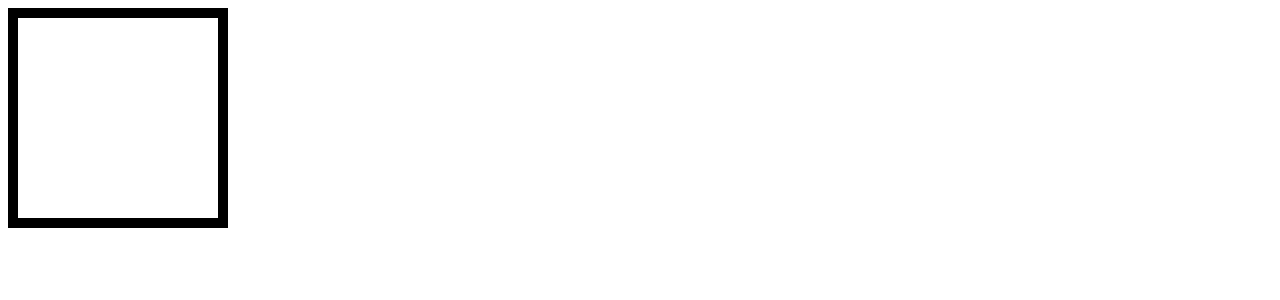
Repository: jsj961/bulletin-board-system
Page: http://localhost/BBS/madeby.jsp
An editor plug-in stored every save of this project. The page is shown before and after the next save, followed by the edit.
The browser window is 1280 px wide. The pictures show the whole page.
Some web fonts or font styles are not loaded; a fallback is used. The page is served by Tomcat 9.

Above is the page before, as saved 2021-07-03 07:33:54.

After the next save:
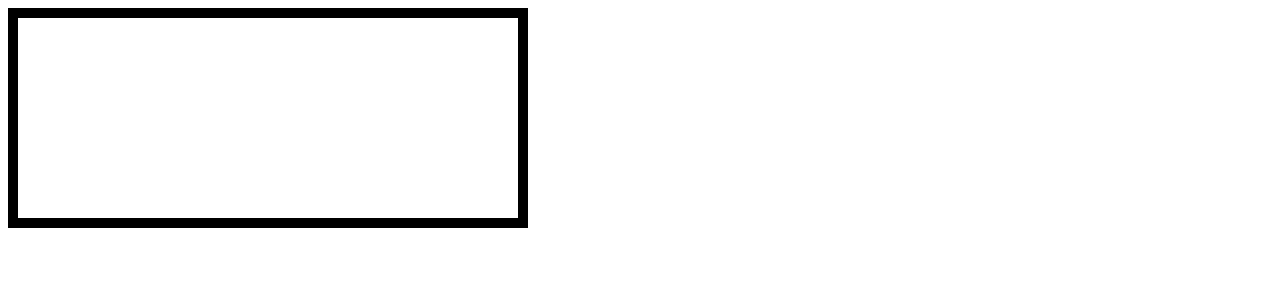
Saved 9 s later.
--- a/BBS/src/main/webapp/madeby.jsp
+++ b/BBS/src/main/webapp/madeby.jsp
@@ -14,6 +14,6 @@
 </style>
 </head>
 <body>
-	<div class="box" style="width: 200px; height: 200px; border: 10px solid black;"></div>
+	<div class="box" style="width: 500px; height: 200px; border: 10px solid black;"></div>
 </body>
 </html>
